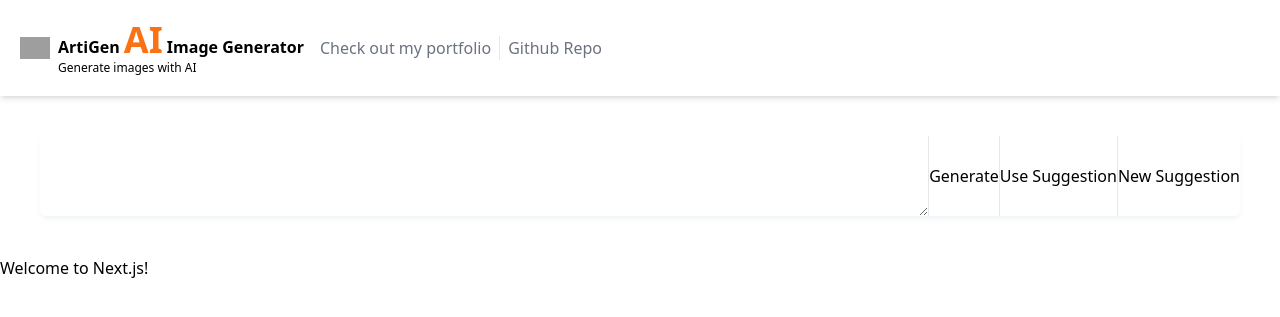
Repository: AlgoHussle/image-generator
Page: /
These files come from the project's save history. The page is drawn as it stood at one moment and after a run of saves; the edit follows.
The browser window is 1280 px wide. The pictures show the whole page.
Pictures or frames that could not be fetched are drawn as grey boxes. The project was rebuilt for these pictures with package versions that can differ from the ones it lists, and the page was loaded fresh each time. The framework's server and built-in components were replaced by stand-ins that run in the browser. Also part of the build but not shown: next.config.js.

Above is the page before, as saved 2023-04-26 13:32:35.

### app/layout.tsx
import Header from '@/components/Header'
import PromptInput from '@/components/PromptInput'

import '../styles/globals.css'



export const metadata = {
  title: 'Create Next App',
  description: 'Generated by create next app',
}

export default function RootLayout({
  children,
}: {
  children: React.ReactNode
}) {
  return (
    <html lang="en">
      <body className="">
        <Header />

        {/* Prompt Input */}
        <PromptInput />

        {children}
      </body>
    </html>
  )
}

### app/page.tsx


export default function Home() {
  return (
    <main className="">
      <h1 className="">Welcome to Next.js!</h1>
    </main>
  )
}

### components/Header.tsx
import Image from "next/image"
import logo from "app/logo.png" ;
import Link from "next/link";

function Header() {
  return (
    <header className="flex p-5 justify-between sticky top-0 bg-white z-50 shadow-md">
        {/* Left */}
        <div className="flex space-x-2 items-center">
            <Image
                src="https://links.papareact.com/4t3"
                width={30}
                height={30}
                alt="logo"

            />

            <div>
                <h1 className="font-bold">
                    ArtiGen <span className="text-4xl text-orange-500">AI</span> Image Generator
                </h1>
                <h2 className="text-xs">
                    Generate images with AI
                </h2>
            </div>
            {/* Right*/}
            <div className="flex text-sm md:text-base divide-x items-center text-gray-500">
                <Link
                href="https://mikepage.vercel.app/"
                className="px-2 font-light text-right"
                >
                Check out my portfolio
                </Link>
                <Link
                href="https://github.com/AlgoHussle/image-generator"
                className="px-2 font-light text-right"
                >
                Github Repo
                </Link>
            </div>
        </div>
    </header>
  )
}

export default Header

### components/PromptInput.tsx

function PromptInput() {
  return (
    <div className="m-10">
        <form className="flex flex-col lg:flex-row shadow-md shadow-slate-400/10 rounded-md lg:divide-x">
            <textarea className="flex-1 p-4 outline-none rounded-md" />
            <button
                className=""
            >
                Generate
            </button>
            <button
                className=""
                >
                    Use Suggestion
            </button>
            <button>New Suggestion</button>
        </form>
    </div>
  )
}

export default PromptInput

### tailwind.config.js
/** @type {import('tailwindcss').Config} */
module.exports = {
  content: [
    './pages/**/*.{js,ts,jsx,tsx,mdx}',
    './components/**/*.{js,ts,jsx,tsx,mdx}',
    './app/**/*.{js,ts,jsx,tsx,mdx}',
  ],
  theme: {
    extend: {
      backgroundImage: {
        'gradient-radial': 'radial-gradient(var(--tw-gradient-stops))',
        'gradient-conic': 'conic-gradient(from 180deg at 50% 50%, var(--tw-gradient-stops))',
        'linear-gradient': 'linear-gradient(to right, rgb(134, 239, 172), rgb(59, 130, 246), rgb(147, 51, 234))',
      },
    },
  },
  plugins: [],
}

Loaded but not shown: styles/globals.css (common file)

After the next 2 saves:
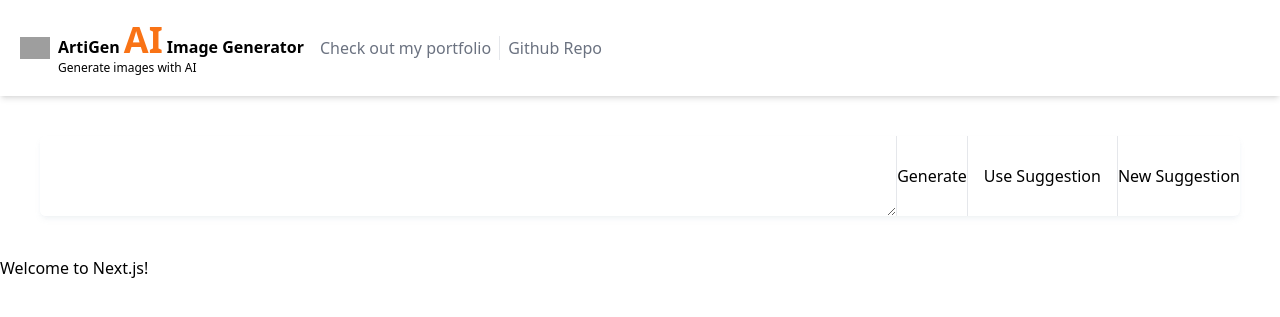
The 2 saves are shown as one change because they came seconds apart.
The last was saved 6 s later.
--- a/components/PromptInput.tsx
+++ b/components/PromptInput.tsx
@@ -10,7 +10,7 @@ function PromptInput() {
                 Generate
             </button>
             <button
-                className=""
+                className="p-4"
                 >
                     Use Suggestion
             </button>
